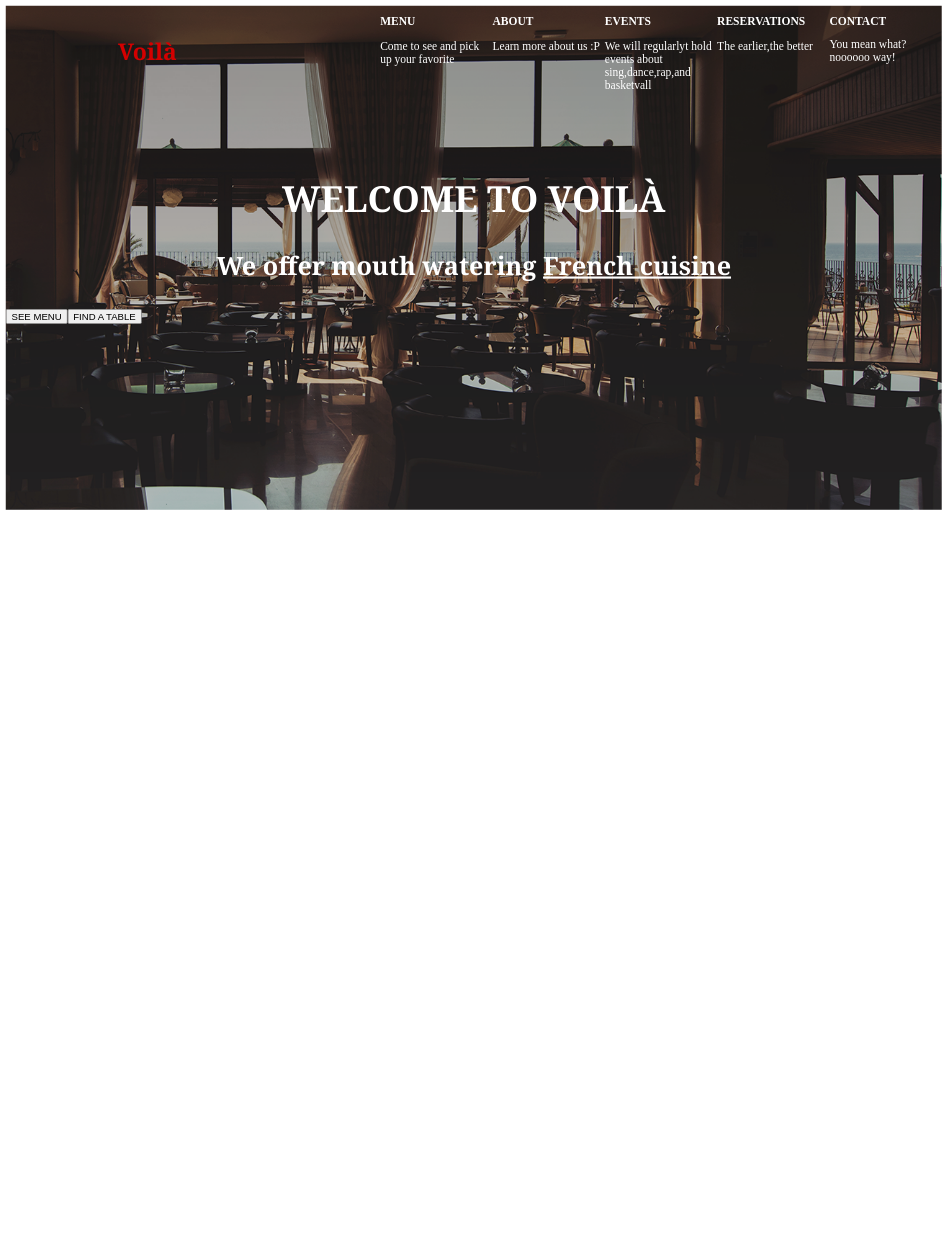
Repository: sis-shen/HTML_vsc
Page: adc_v2/index.html
These files come from the project's save history. The page is drawn as it stood at one moment and after the next save; the edit follows.
The browser window is 1280 px wide. The page is 1308 px wide, so the pictures cover 1308 px, including what lies to the right of the window. The pictures show the whole page, at 72% of full size.

Above is the page before, as saved 2023-08-14 08:38:20.

### adc_v2/index.html
<!DOCTYPE html>
<html lang="zh-CN">
<head>
    <meta charset="UTF-8">
    <meta name="viewport" content="width=device-width, initial-scale=1.0">
    <title>王八餐厅</title>
    <link rel="stylesheet" href="style.css">
    <link rel="shotcut icon" href="img/王者.png">
</head>
<body>
    <div class="top-box">
        <div class="nav">
            <div class="t-left"><h1>Voilà </h1></div>

            <div class="t-right">
                <div class="nav-box"><h2>MENU</h2>
                    <p>Come to see and pick up your favorite</p></div>
                <div class="nav-box"><h2>ABOUT</h2>
                    <p>Learn more about us :P</p></div>
                <div class="nav-box"><h2>EVENTS</h2>
                    <p>We will regularlyt hold events about sing,dance,rap,and basketvall</p></div>
                <div class="nav-box"><h2>RESERVATIONS</h2>
                    <p>The earlier,the better</p></div>
                <div class="nav-box"><h2>CONTACT</h2>
                    You mean what?noooooo way!</div>
            </div>
        </div>

        <h1 id="wel">WELCOME TO VOILÀ</h1>
        <h3>We offer mouth watering <u>French cuisine</u></h3>

        <div class="button-box">
            <div class="b-left">
                <a href="menu.html"><button>SEE MENU</button></a>
            </div>
            <div class="b-right">
                <a href="table.index"><button>FIND A TABLE</button></a>
            </div>
        </div>


    </div>
</body>
</html>

### adc_v2/style.css
body {
    box-sizing: border-box;
    font-family:Georgia, 'Times New Roman', Times, serif;

}

.top-box{
    margin:auto;

    width: 1300px;
    height: 700px;
    background-image: url("img/top.png");
    padding-bottom: 1000px;
    background-repeat: no-repeat;

}

.nav {
    width: 100%;
    height: 200px;
    /* background-color: rgba(0, 255, 255, 0.207); */
    display: flex;
}

.t-left{
    height:100%;
    width: 40%;
    /* background-color: rgba(255, 0, 0, 0.236); */
}

.t-right{
    display: flex;
    height: 100%;
    width:60%;
    font-family: 微软雅黑;
}

.nav-box{
    width: 20%;
    height: 100%;
    /* background-color: rgba(255, 255, 0, 0.149); */
    color: #fff;
}

.top-box h2{
    font-size:medium
}

.t-left h1{
    color:rgb(212, 0, 0);
    position: relative;
    left:30%;
    top:20px;
}

#wel{
    text-align: center;
    color: #fff;

    font-size: 50px;
}

.top-box h3{
    text-align: center;
    color: #fff;
    font-size: 35px;
}

.button-box{
    display: flex;
    align-items: center;
}

After the next save:
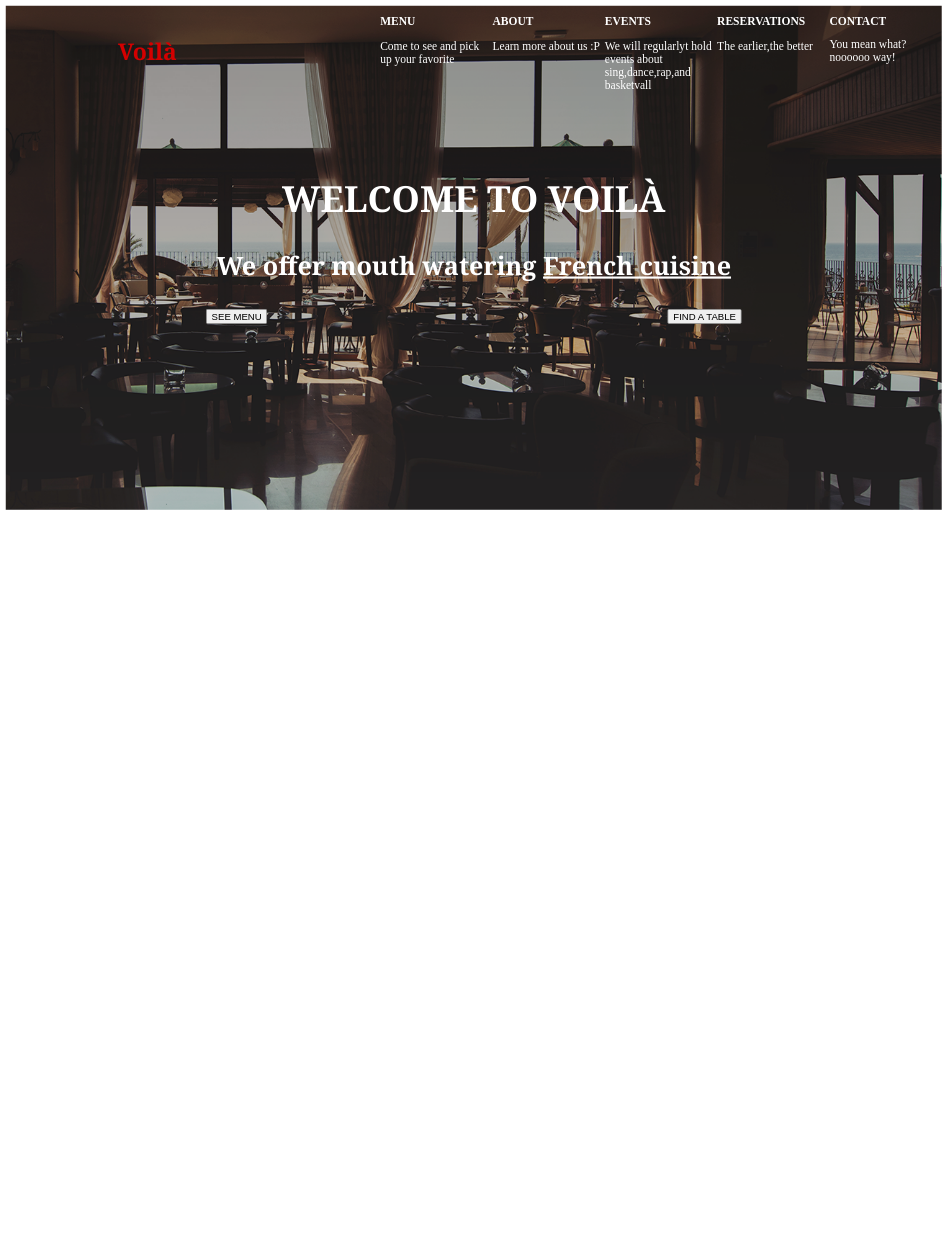
Saved 11 s later.
--- a/adc_v2/style.css
+++ b/adc_v2/style.css
@@ -69,4 +69,5 @@
 .button-box{
     display: flex;
     align-items: center;
+    justify-content: space-around;
 }

After the save that followed:
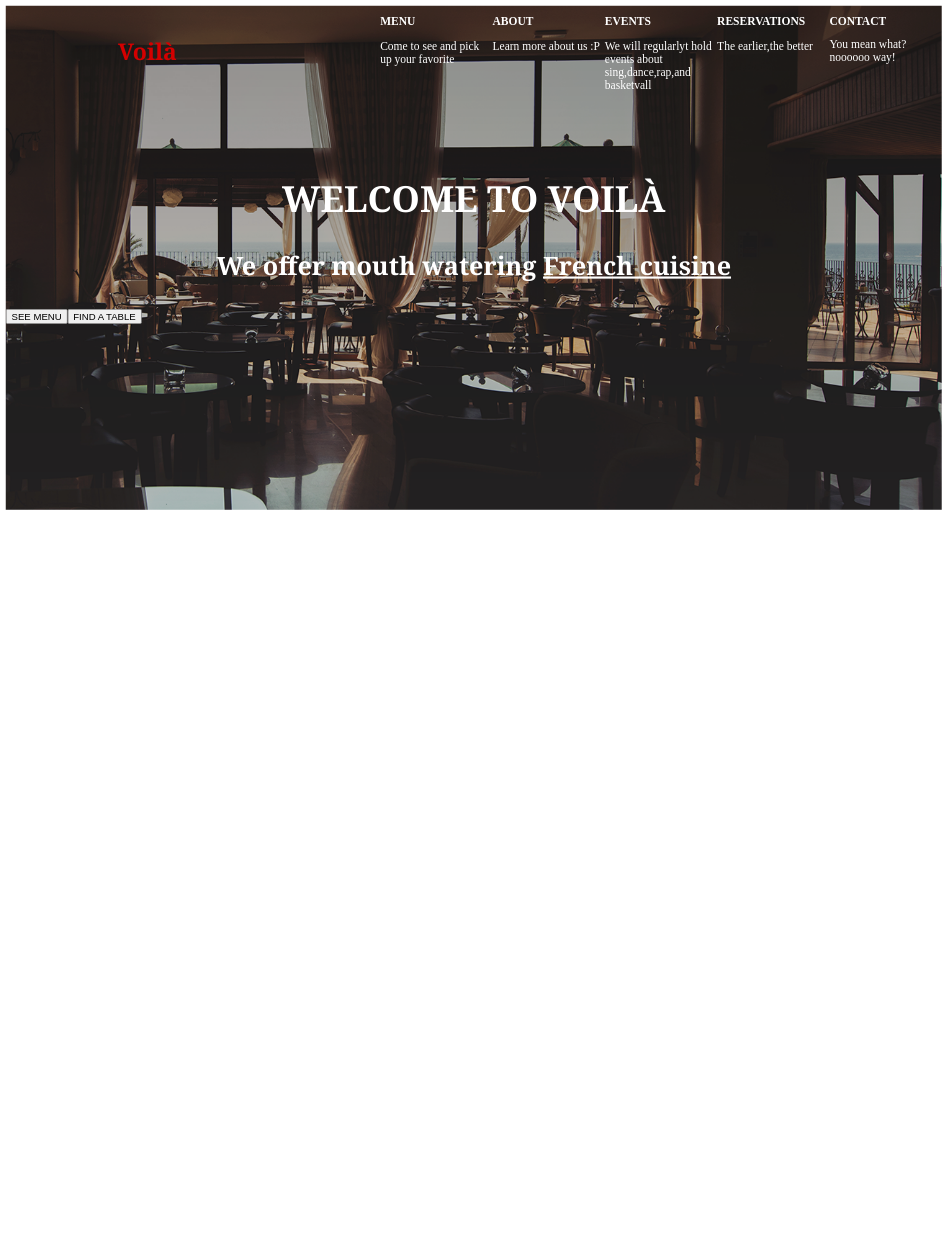
Saved 37 s later.
--- a/adc_v2/style.css
+++ b/adc_v2/style.css
@@ -69,5 +69,5 @@
 .button-box{
     display: flex;
     align-items: center;
-    justify-content: space-around;
+
 }
